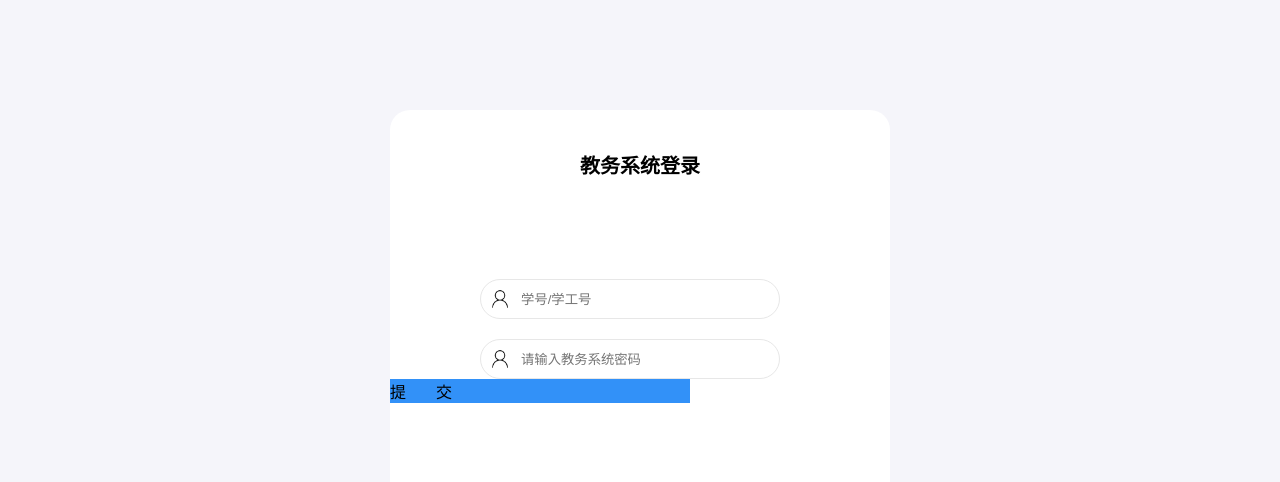
Repository: yangziteng/System
Page: / (app in myreact/)
These files come from the project's save history. The page is drawn as it stood at one moment and after the next save; the edit follows.
The browser window is 1280 px wide. The pictures show the whole page.
The project was rebuilt for these pictures with package versions that can differ from the ones it lists, and the page was loaded fresh each time. Also part of the build but not shown: myreact/vite.config.js, myreact/src/App.css, myreact/src/App.jsx, myreact/src/log.jsx.

Above is the page before, as saved 2022-07-08 12:57:29.

### myreact/src/main.jsx
import React from 'react'
import ReactDOM from 'react-dom/client'
import App from './App'
import LOG from './log'
import './index.css'
import Login from "./pages/Login/Login"
const p = {name:"杨",age:12}
ReactDOM.createRoot(document.getElementById('root')).render(
  <React.StrictMode>
    {/* //解构赋值 语法 */}

    <Login/>


  </React.StrictMode>
)

### myreact/src/pages/Login/Login.jsx
import { useState } from 'react'
import { Component } from 'react'
import "./Login.css"
import img from "./images/a.png" //引入图片
class Login extends Component {
    constructor() {
        super()
    }
    render() {
        return (
            <div className='bgc'>
                <div className='model'>
                    <div className='model-head'>教务系统登录</div>
                    <div className='model-body'>
                        <div className='username'>
                            <input type="text" placeholder='学号/学工号' value="" className='model-body-input' >
                            </input>
                                <img className='img' src={img} alt="" />
                        </div>
                        <div className='pwd'>
                            <input type="password" placeholder='请输入教务系统密码' value="" className='model-body-input' >
                            </input>
                                <img className='img' src={img} alt="" />
                        </div>
                    </div>
                    <div className='model-end'>
                        提交
                    </div>
                </div>
            </div>
        )
    }
}
export default Login

### myreact/src/pages/Login/Login.css

.bgc{
    background-color: rgba(245,245,250);
    width: 100vw;
    height: 100vh;
    display:flex;
    align-items: center;
}
.model{
    width: 500px;
    height: 500px;
    background-color: white;
    border-radius: 20px;
    margin:0 auto;
}
.model-head{
    text-align: center;
    margin-top:40px;
    font-size: 20px;
    font-weight: 800;
}
.model-body{

    margin-top:100px;

}
.username{
    display: flex;
    justify-content: center;
    align-items: center;
    position: relative;

}
.pwd{
    display: flex;
    justify-content: center;
    align-items: center;
    position: relative;
    margin-top:20px
}
.model-body-input{
    width: 300px;
    height: 40px;
    outline: none;
    border-radius: 20px;
    padding-left:40px ;
    box-sizing: border-box;
}
input{
    display: flex;
    justify-content: center;
    border:1px solid #e7e7e7
}
.img{
    width: 20px;
    height: 20px;
    position: relative;
    right: 290px;
    /* right:290px */
}
.model-end{
    width: 300px;
    background-color: rgba(50,145,248);
    letter-spacing: 30px;
}

Loaded but not shown: myreact/index.html (common file); myreact/src/index.css (common file)

After the next save:
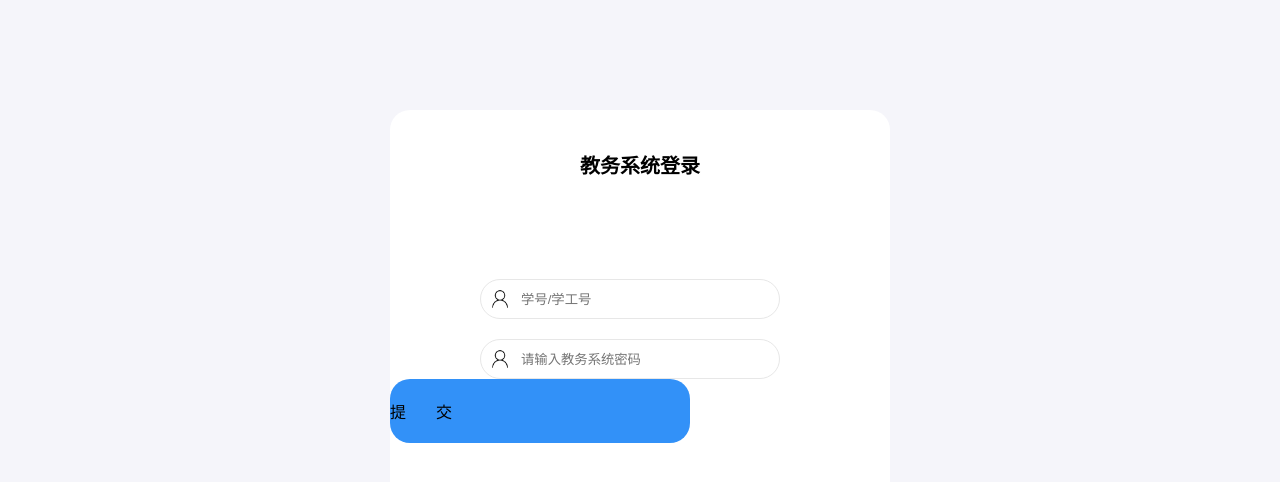
Saved 25 s later.
--- a/myreact/src/pages/Login/Login.css
+++ b/myreact/src/pages/Login/Login.css
@@ -62,4 +62,6 @@ input{
     width: 300px;
     background-color: rgba(50,145,248);
     letter-spacing: 30px;
+    border-radius: 20px;
+    padding: 20px 0px;
 }
